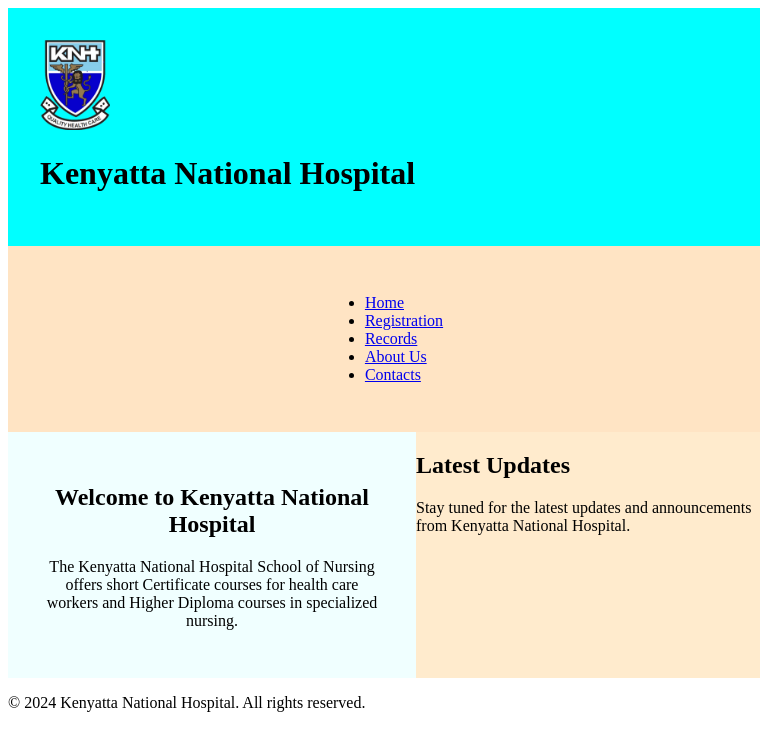
Repository: EphrahimLaanyu123/wsp
Page: index.html
These files come from the project's save history. The page is drawn as it stood at one moment and after the next save; the edit follows.
The browser window is 768 px wide. The pictures show the whole page.

Above is the page before, as saved 2025-03-14 08:38:00.

### index.html
<!DOCTYPE html>
<html lang="en">
<head>
    <meta charset="UTF-8">
    <meta name="viewport" content="width=device-width, initial-scale=1.0">
    <title>Kenyatta National Hospital</title>
    <link rel="stylesheet" href="styles.css">
</head>
<body>

    <header class="header">
        <div class="header-content">
            <img src="/transparent_logo.png" alt="Kenyatta National Hospital Logo" class="logo">
            <h1 class="header-title">Kenyatta National Hospital</h1>
        </div>
    </header>

    <nav class="nav">
        <ul>
            <li><a href="index.html">Home</a></li>
            <li><a href="Registration.html">Registration</a></li>
            <li><a href="table.html">Records</a></li>
            <li><a href="about.html">About Us</a></li>
            <li><a href="contacts.html">Contacts</a></li>
        </ul>
    </nav>

    <main class="sectionaside">
        <section class="section">
            <h2>Welcome to Kenyatta National Hospital</h2>
            <p>The Kenyatta National Hospital School of Nursing offers short Certificate courses for health care workers and Higher Diploma courses in specialized nursing.</p>
        </section>

        <aside class="aside">
            <h2>Latest Updates</h2>
            <p>Stay tuned for the latest updates and announcements from Kenyatta National Hospital.</p>
        </aside>
    </main>

    <footer class="footer">
        <p>&copy; 2024 Kenyatta National Hospital. All rights reserved.</p>
    </footer>

    <script src="script.js"></script>

</body>
</html>

### styles.css


.header {
    padding: 2rem;
    background-color: aqua;
    display: flex;
    gap: 40rem;
}

.logo {
    width: 70px;
    height: 90px;
}

.nav {
    display: flex;
    justify-content: center;
    gap: 4rem;
    padding: 2rem;
    background-color: bisque;
}


.sectionaside {
    display: flex;
    justify-content: space-between;
}

.section {
    background-color: azure;
    width: 50%;
    justify-content: center;
    align-items: center;
    padding: 2rem;
    text-align: center;
}

.aside {
    background-color: blanchedalmond;
    width: 50%;
}

Loaded but not shown: script.js (no stored copy; drawn as an empty file)

After the next save:
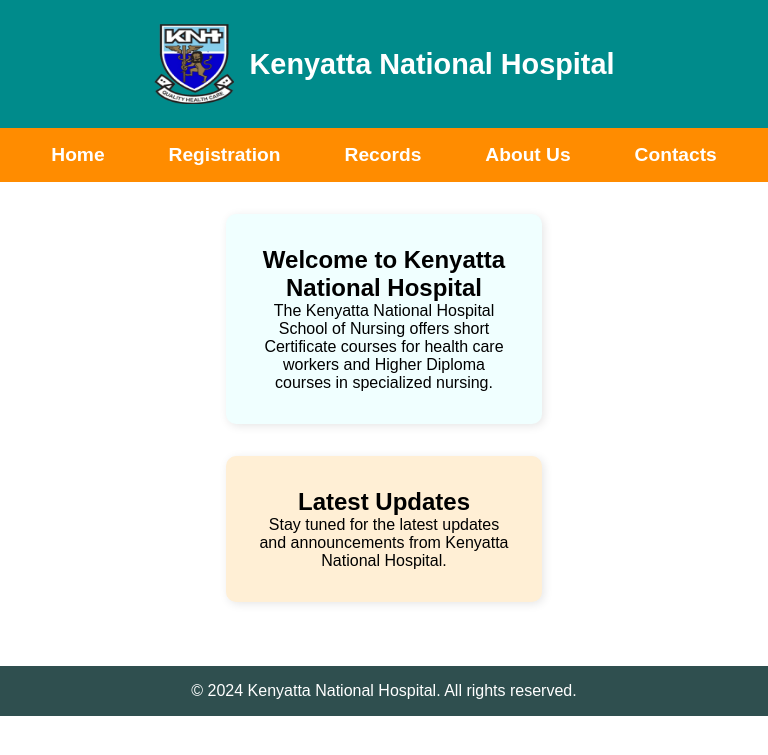
Saved 5 s later.
--- a/styles.css
+++ b/styles.css
@@ -1,41 +1,111 @@
+/* General Reset */
+* {
+    margin: 0;
+    padding: 0;
+    box-sizing: border-box;
+    font-family: 'Arial', sans-serif;
+}
 
+/* Header */
+.header {
+    background-color: #008B8B;
+    color: white;
+    padding: 1.5rem;
+    text-align: center;
+}
 
-.header {
-    padding: 2rem;
-    background-color: aqua;
+.header-content {
     display: flex;
-    gap: 40rem;
+    align-items: center;
+    justify-content: center;
+    gap: 1rem;
 }
 
 .logo {
-    width: 70px;
-    height: 90px;
+    width: 80px;
+    height: 80px;
 }
 
+.header-title {
+    font-size: 1.8rem;
+    font-weight: bold;
+}
+
+/* Navigation */
 .nav {
+    background-color: #FF8C00;
+    padding: 1rem;
+    text-align: center;
+}
+
+.nav ul {
+    list-style: none;
     display: flex;
     justify-content: center;
-    gap: 4rem;
-    padding: 2rem;
-    background-color: bisque;
+    gap: 2rem;
 }
 
+.nav ul li {
+    display: inline;
+}
 
+.nav ul li a {
+    text-decoration: none;
+    color: white;
+    font-size: 1.2rem;
+    font-weight: bold;
+    padding: 0.5rem 1rem;
+    transition: all 0.3s ease-in-out;
+}
+
+.nav ul li a:hover {
+    background-color: #CD5C5C;
+    border-radius: 5px;
+}
+
+/* Main Content */
 .sectionaside {
     display: flex;
-    justify-content: space-between;
+    flex-wrap: wrap;
+    justify-content: center;
+    gap: 2rem;
+    padding: 2rem;
+}
+
+.section, .aside {
+    flex: 1;
+    max-width: 45%;
+    min-width: 300px;
+    padding: 2rem;
+    border-radius: 10px;
 }
 
 .section {
-    background-color: azure;
-    width: 50%;
-    justify-content: center;
-    align-items: center;
-    padding: 2rem;
+    background-color: #F0FFFF;
     text-align: center;
+    box-shadow: 2px 2px 10px rgba(0, 0, 0, 0.1);
 }
 
 .aside {
-    background-color: blanchedalmond;
-    width: 50%;
+    background-color: #FFEFD5;
+    text-align: center;
+    box-shadow: 2px 2px 10px rgba(0, 0, 0, 0.1);
 }
+
+/* Footer */
+.footer {
+    background-color: #2F4F4F;
+    color: white;
+    text-align: center;
+    padding: 1rem;
+    margin-top: 2rem;
+}
+
+/* Responsive Design */
+@media (max-width: 768px) {
+    .sectionaside {
+        flex-direction: column;
+        align-items: center;
+    }
+
+    .section, .aside {
